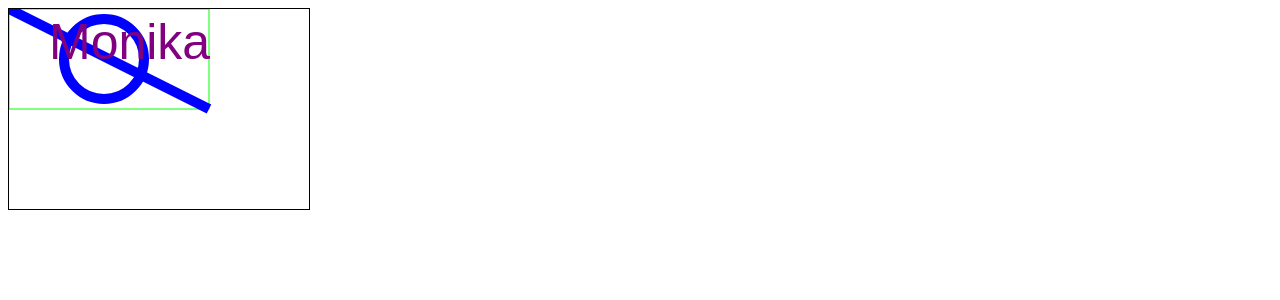
Repository: BhardwajMonika/core-java
Page: HTML2/WebContent/Canvas1.html
An editor plug-in stored every save of this project. The page is shown before and after the next save, followed by the edit.
The browser window is 1280 px wide. The pictures show the whole page.

Above is the page before, as saved 2019-02-27 09:40:35.

### HTML2/WebContent/Canvas1.html
<!DOCTYPE html>
<html>
<head>


<meta charset="ISO-8859-1">
<title>canvas</title>
</head>
<body>

	<canvas id="myCanvas" width="300" height="200"
		style="border: 1px solid #000000;">
</canvas>
<script>
	var c = document.getElementById("myCanvas");
	var ctx = c.getContext("2d");


	ctx.drawStyle = "#FF0000";
	ctx.strokeStyle="#00FF00";
	ctx.strokeRect(0, 0, 200, 100);

	ctx.beginPath();
	ctx.strokeStyle="#FF0000"
	ctx.arc(95,50,40,0,2*Math.PI);
	ctx.stroke();

	ctx.moveTo(0,0);
	ctx.lineTo(200,100);
	ctx.lineWidth=10;

	ctx.strokeStyle='#0000ff';
	ctx.stroke();

	ctx.font="50px Arial";
	ctx.fillStyle='purple';
	ctx.fillText("Monika",40,50);

</script>

</body>
</html>

After the next save:
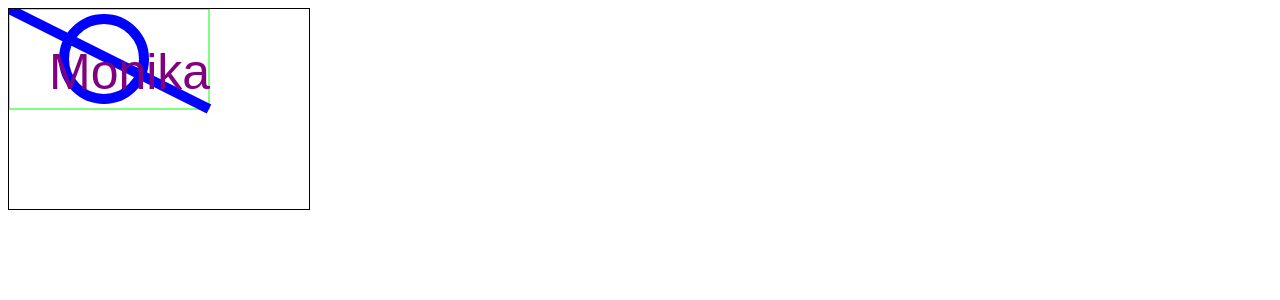
Saved 14 s later.
--- a/HTML2/WebContent/Canvas1.html
+++ b/HTML2/WebContent/Canvas1.html
@@ -34,7 +34,7 @@
 
 	ctx.font="50px Arial";
 	ctx.fillStyle='purple';
-	ctx.fillText("Monika",40,50);
+	ctx.fillText("Monika",40,80);
 
 </script>
 
